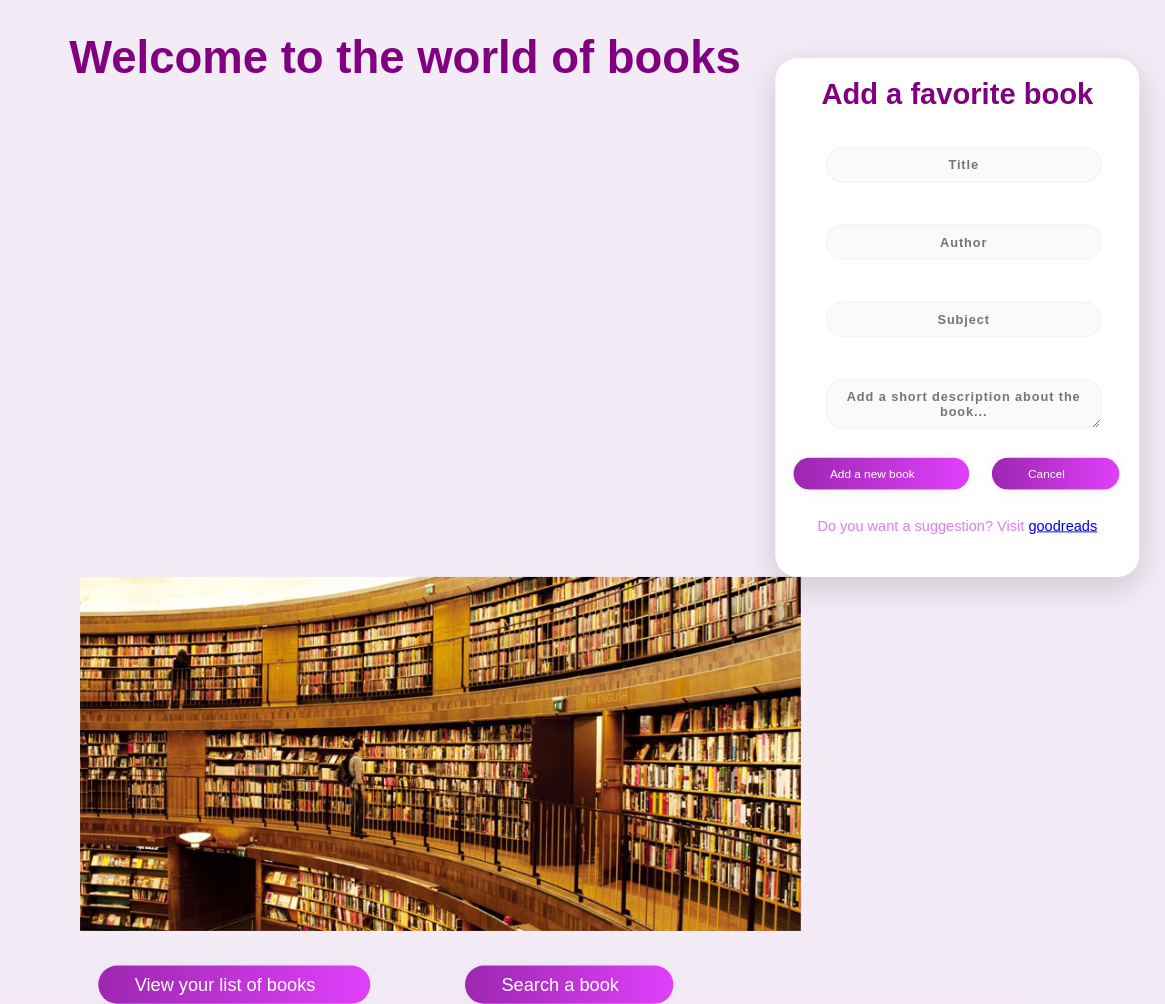
Repository: marinaserbanoiu/Cloud-Computing-Project
Page: server/frontend/index.html
The author's editor kept a record of every edit. The page is drawn from the files as they stood at one moment, then again after the next edit.
The browser window is 1280 px wide. The pictures show the whole page, at 91% of full size.

Above is the page before.

### server/frontend/index.html
<!DOCTYPE html>
<html>
    <head>
        <title>Read many books</title>
    </head>
<style>
        body {
       background-color: #F3EBF6;
        font-family: 'Ubuntu', sans-serif;
    }
    .id{
         background-color: #FFFFFF;
        width: 400px;
        height: 570px;
        float: right;
        margin-top: 30px;
        margin-right: 20px;

        border-radius: 1.5em;
        box-shadow: 0px 11px 35px 2px rgba(0, 0, 0, 0.14);
    }
    .titlu{
   font-size: 25px;
   color: purple;
   margin: 30px;
    }
    img{
            margin-left: 50px;
        }
        .un{
             border: 8px solid rgba(0, 0, 0, 0.18);
             margin-left:55px;
             text-align: center;
                width: 76%;
    color: rgb(38, 50, 56);
    font-weight: 700;
    font-size: 14px;
    letter-spacing: 1px;
    background: rgba(136, 126, 126, 0.04);
    padding: 10px 20px;
   outline:none;
    border-radius: 20px;
    box-sizing: border-box;
    border: 2px solid rgba(0, 0, 0, 0.02);
    margin-bottom: 50px;
    margin-bottom: 27px;
    font-family: 'Ubuntu', sans-serif;
    }
        .submit{
            cursor: pointer;
        border-radius: 5em;
        color: #fff;
        background: linear-gradient(to right, #9C27B0, #E040FB);
        border: 0;
        padding-left: 40px;
        padding-right: 60px;
        padding-bottom: 10px;
        padding-top: 10px;

        font-family: 'Ubuntu', sans-serif;
        margin-left: 5%;
        font-size: 13px;
        box-shadow: 0 0 20px 1px rgba(0, 0, 0, 0.04);
        }
      p{
    text-shadow: 0px 0px 3px rgba(117, 117, 117, 0.12);
       color: #de83ee;
       padding-top: 15px;

       }
       a.lista{
               cursor: pointer;
        border-radius: 5em;
        color: #fff;
        background: linear-gradient(to right, #9C27B0, #E040FB);
        border: 0;
        padding-left: 40px;
        padding-right: 60px;
        padding-bottom: 10px;
        padding-top: 10px;

        font-family: 'Ubuntu', sans-serif;
        box-shadow: 0 0 20px 1px rgba(0, 0, 0, 0.04);
           text-decoration:none;
           margin-left: 100px;
           margin-top: 70px;
           font-size: 20px;
       }
</style>
    <body>



 <div class="id">
     <h1 align="center" style="color:purple;">Add a favorite book</h1>
<form onsubmit="AddBook(event)">
  <input class="un" type="hidden" name="id" id="id" align="center" /><br>
  <input class="un" type="text" name="title" id="title" align="center"/ placeholder="Title"><br />
  <br/>
  <input class="un" type="text" name="author" id="author" align="center" placeholder="Author"><br/>
  <br />
  <input class="un" type="text" name="subject" id="subject" align="center" placeholder="Subject"><br/>
  <br />
  <textarea class="un" name="description" id="description" align="center" placeholder="Add a short description about the book..."></textarea> <br/>
  <input class="submit" type="submit"  value="Add a new book">
  <input class="submit" type="reset"  value="Cancel">
</form>
 <p class="ss" align="center">Do you want a suggestion? Visit<a href="https://www.goodreads.com/" style="text-decoration:none;"> <u>goodreads</u></a></p>
</div>

<div id="table"></div>
<div class="titlu">
            <h1 align="center"><b>Welcome to the world of books</b></h1>
             <img src="image.jpg" alt="Many Books" align="center">
        </div>
        <br/>
<a  class="lista" href="carte.html">View your list of books</a>
<a  class="lista" href="bb.html">Search a book</a>
<script src="https://unpkg.com/axios/dist/axios.min.js"></script>
    <script
    src="https://code.jquery.com/jquery-3.3.1.min.js"
    integrity="sha256-FgpCb/KJQlLNfOu91ta32o/NMZxltwRo8QtmkMRdAu8="
    crossorigin="anonymous"></script>

<script type="text/javascript">


    $(document).ready(function() {
        console.log('Hello from JQuery')
    })
//         function showBooks() {
//     axios.get('/books').then(function(results) {

//         let html = ` <table id="example" style="width:500px;border:1px;">
//                 <tr>
//                     <th>ID</th>
//                     <th>Title</th>
//                     <th>Author</th>
//                     <th>Subject</th>
//                     <th>Description</th>
//                     <th>Actions</th>
//                 </tr>`

//         results.data.forEach(function(element) {
//             html += `<tr>
//                         <td>${element.id}</td>
//                         <td>${element.title}</td>
//                         <td>${element.author}</td>
//                         <td>${element.subject}</td>
//                         <td>${element.description}</td>
//                         <td>
//                             <button onClick="editMessage(${element.id})">Edit</button>
//                             <button onClick="deleteMessage(${element.id})">Delete</button>
//                         </td>
//                     </tr>`
//         })

//         html += `</table>`

//         $('#table').html(html)
//     }).catch(function(error) {
//         console.log(error)
//     })
// }

    function AddBook(event) {
    event.preventDefault()

    let id = $('#id').val()
    let title = $('#title').val()
    let author = $('#author').val()
    let subject = $('#subject').val()
    let description = $('#description').val()
    if(id) {
    axios.put('/books/'+id, {
    title: title,
    author: author,
    subject: subject,
    description: description
}).then(function(result) {
  //showBooks()
    $(event.target).trigger("reset")
}).catch(function(err) {
    alert('Resource could not be saved')
})

    }else {
    axios.post('/books', {
  title: title,
    author:author,
    subject: subject,
    description: description
}).then(function(result) {
  // showBooks()
    $(event.target).trigger("reset")
}).catch(function(err) {
    alert('Resource could not be saved')
})
     }
//showBooks()
}
</script>
    </body>
</html>

After the next edit:
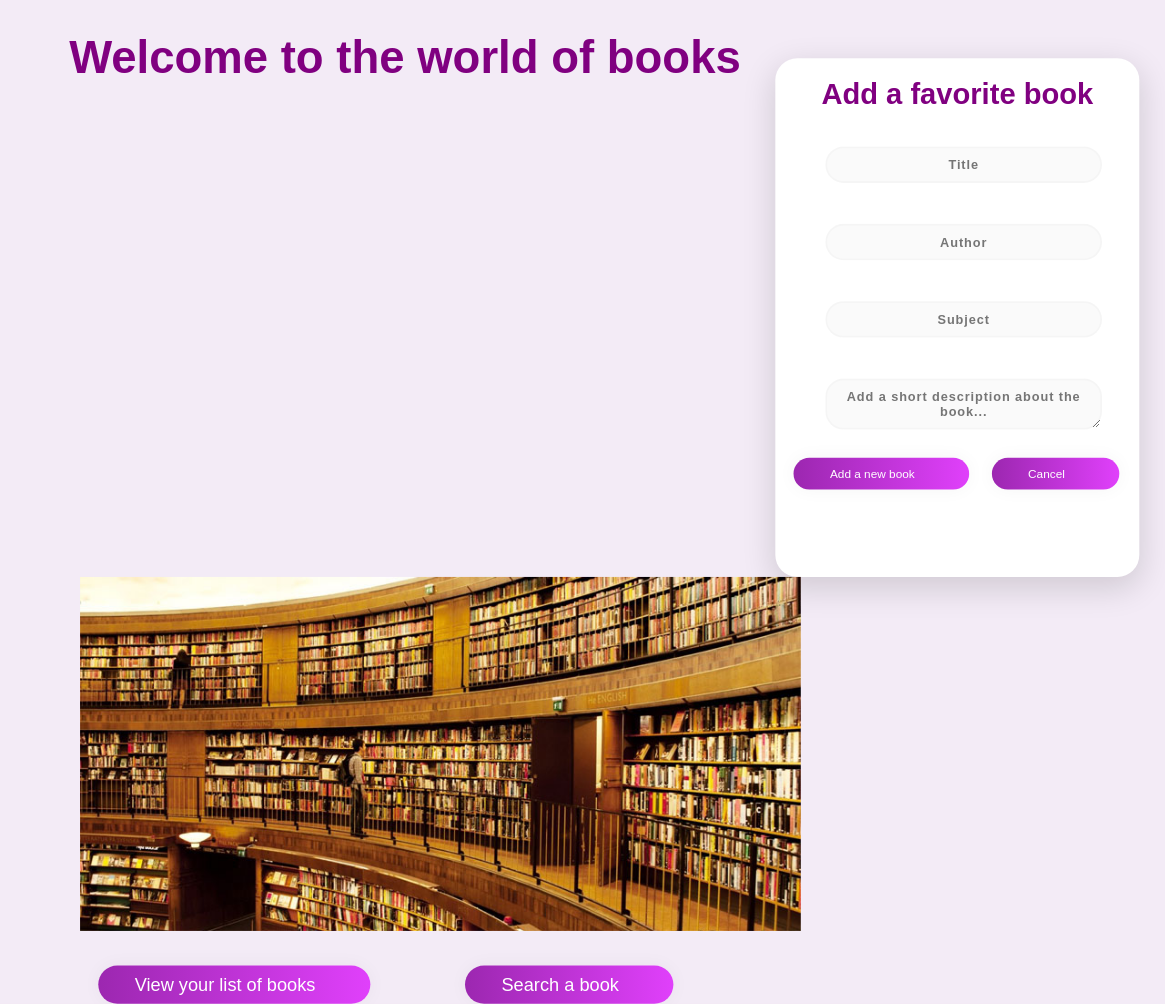
The edit:
--- a/server/frontend/index.html
+++ b/server/frontend/index.html
@@ -105,7 +105,6 @@
   <input class="submit" type="submit"  value="Add a new book">
   <input class="submit" type="reset"  value="Cancel">
 </form>
- <p class="ss" align="center">Do you want a suggestion? Visit<a href="https://www.goodreads.com/" style="text-decoration:none;"> <u>goodreads</u></a></p>
 </div>
 
 <div id="table"></div>
